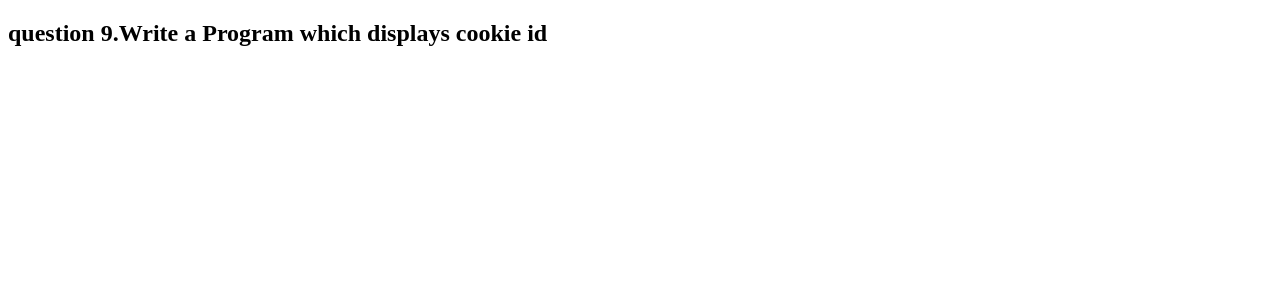
Repository: VIVEKANAND-SINHA/AdvanceJavaTraining
Page: ProjectFileAdvanceJava/src/main/webapp/Question9.html
An editor plug-in stored every save of this project. The page is shown before and after the next save, followed by the edit.
The browser window is 1280 px wide. The pictures show the whole page.

Above is the page before, as saved 2023-01-26 06:08:19.

After the next save:
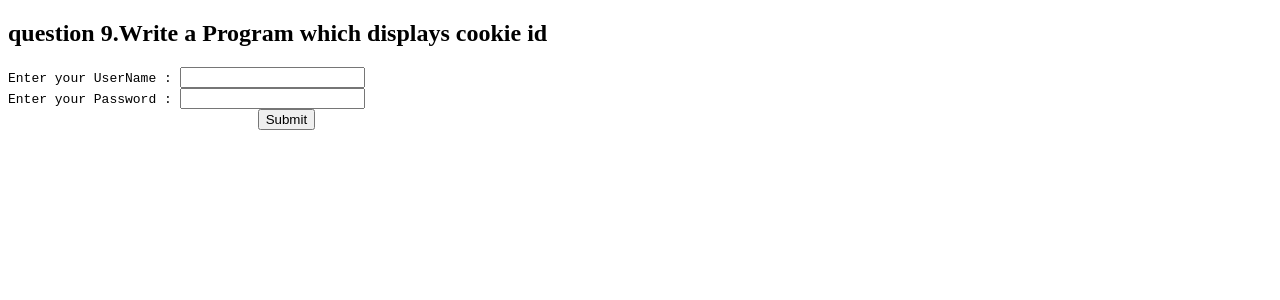
Saved 5 min 42 s later.
--- a/ProjectFileAdvanceJava/src/main/webapp/Question9.html
+++ b/ProjectFileAdvanceJava/src/main/webapp/Question9.html
@@ -6,6 +6,14 @@
 </head>
 <body>
 <h2>question 9.Write a Program which displays cookie id</h2>
+<form action = "setCookies" method = "post">
+<pre>
+Enter your UserName : <input type = "text" name = "name">
+Enter your Password : <input type = "text" name = "pass">
+				<input type = "submit">
+</pre>
+
+</form>
 
 </body>
 </html>
